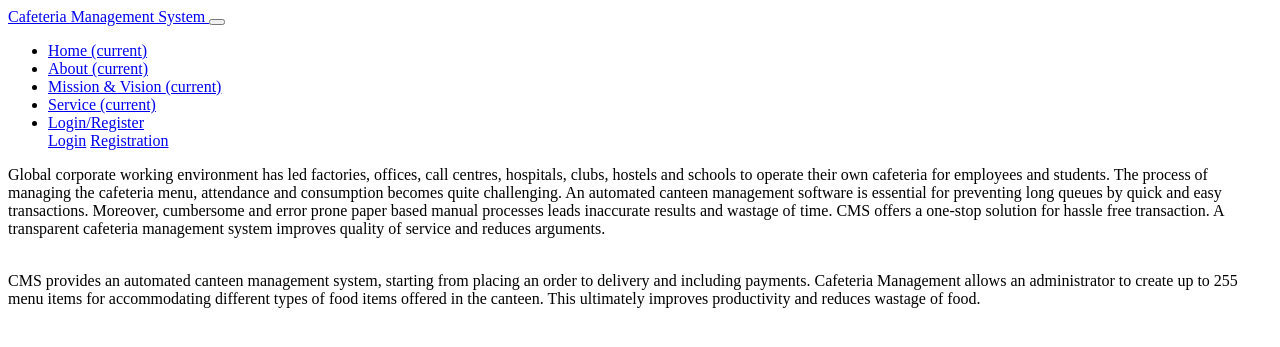
Repository: OsamaRaees/Trivia
Page: http://localhost/Trivia/About.jsp
These files come from the project's save history. The page is drawn as it stood at one moment and after the next save; the edit follows.
The browser window is 1280 px wide. The pictures show the whole page.
The page is served by Tomcat 9.

Above is the page before, as saved 2019-04-05 08:58:38.

After the next save:
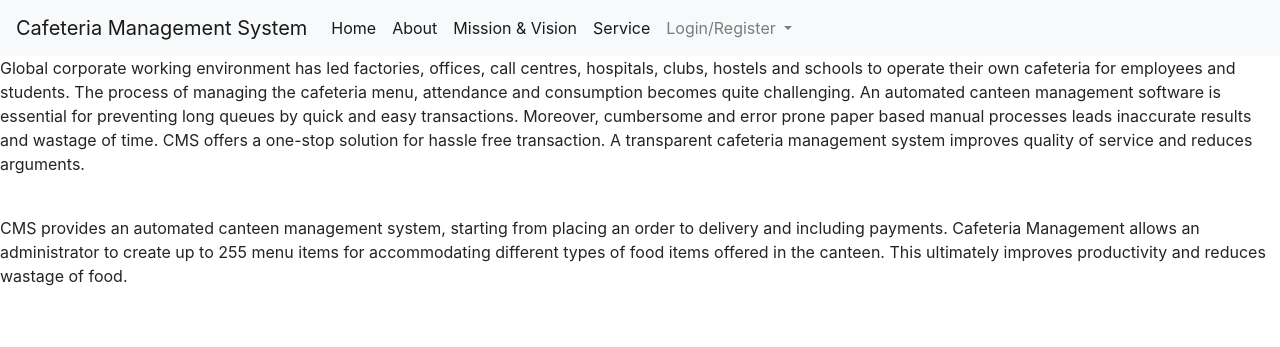
Saved 16 s later.
--- a/Trivia/WebContent/About.jsp
+++ b/Trivia/WebContent/About.jsp
@@ -5,6 +5,8 @@
 <head>
 <meta charset="ISO-8859-1">
 <title>Insert title here</title>
+<link rel="stylesheet" href="https://stackpath.bootstrapcdn.com/bootstrap/4.3.1/css/bootstrap.min.css" integrity="sha384-ggOyR0iXCbMQv3Xipma34MD+dH/1fQ784/j6cY/iJTQUOhcWr7x9JvoRxT2MZw1T" crossorigin="anonymous">
+
 </head>
 <body>
 <nav class="navbar navbar-expand-lg navbar-light bg-light">
